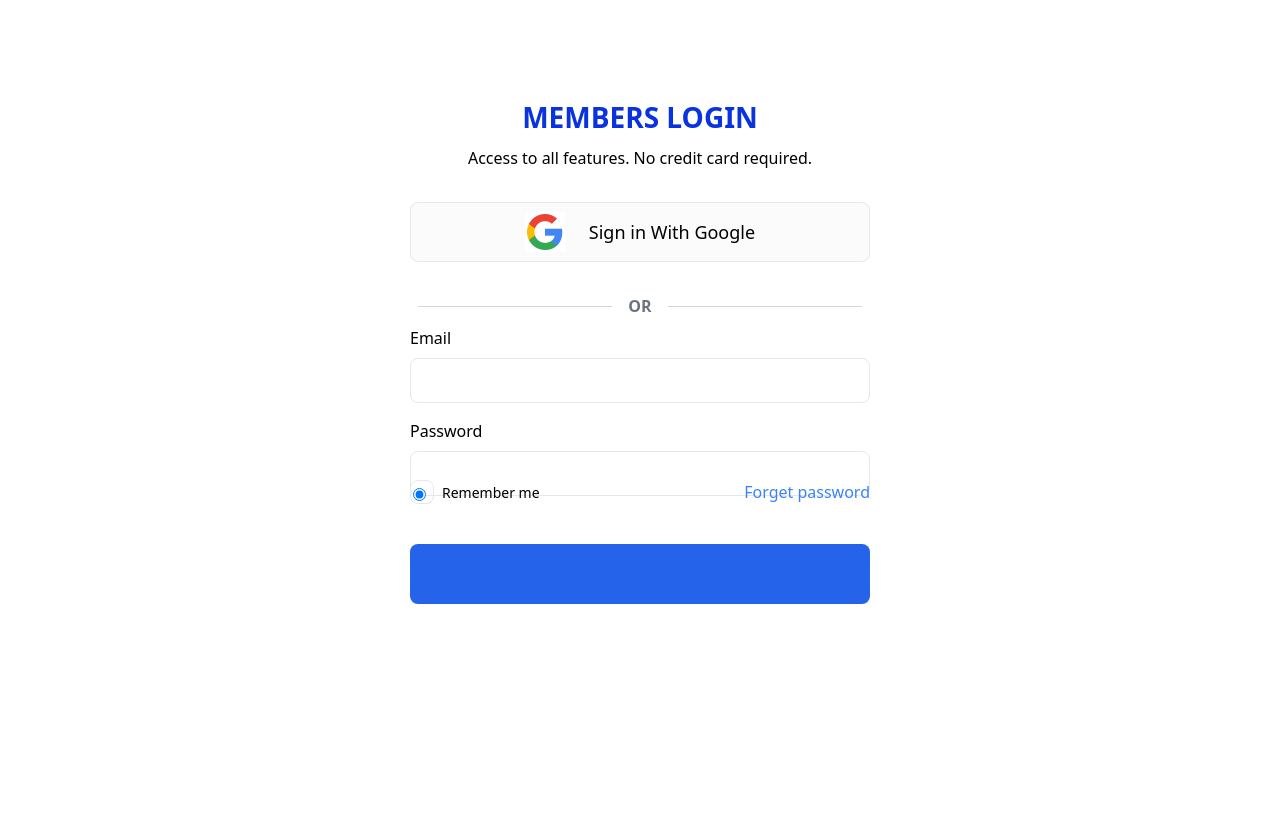
Repository: MaramMaryam/login
Page: login.html
An editor plug-in stored every save of this project. The page is shown before and after the next save, followed by the edit.
The browser window is 1280 px wide. The pictures show the whole page.
Some web libraries are served in a nearby version.

Above is the page before, as saved 2023-06-29 11:56:55.

### login.html
<!DOCTYPE html>
<html lang="en">

<head>
    <meta charset="UTF-8">
    <meta http-equiv="X-UA-Compatible" content="IE=edge">
    <meta name="viewport" content="width=device-width, initial-scale=1.0">
    <!-- <link href="https://cdn.jsdelivr.net/npm/tailwindcss@2.2.15/dist/tailwind.min.css" rel="stylesheet"> -->
    <script src="https://cdn.tailwindcss.com"></script>
    <title>Login</title>
</head>

<body>
    <section class="flex items-center flex-col min-h-screen mt-24 w-full max-w-[460px] text-left m-auto">
        <h2 class="text-[#0933DF] uppercase font-bold text-[28px]">
            <!-- Login Title -->
            MEMBERS LOGIN
        </h2>
        <p class="font-light mt-2">
            <!-- Login Description -->
            Access to all features. No credit card required.
        </p>
        <button
            class="w-full h-[60px] bg-[#FBFBFB] border border[#E3E3E3] rounded-lg flex items-center justify-center my-8">
            <!-- Google Icon (SVG or Image tag) -->
            <svg class="google-icon" xmlns="http://www.w3.org/2000/svg" xmlns:xlink="http://www.w3.org/1999/xlink"
                width="40" height="40" viewBox="0 0 40 40">
                <image id="g-logo" width="40" height="40"
                    xlink:href="data:[embedded picture, 2386 characters]">
                </image>
            </svg>
            <span class="text-lg font-light ml-6">
                <!-- Google Register Label -->
                Sign in With Google
            </span>
        </button>
        <div class="flex items-center w-full">
            <div class="flex-grow border-t border-gray-300 mx-2"></div>
            <span class="text-gray-500 mx-2 font-semibold">
                <!-- OR Text -->
                OR
            </span>
            <div class="flex-grow border-t border-gray-300 mx-2"></div>
        </div>
        <form class="w-full">
            <div class=" my-2">
                <div class="flex flex-col">
                    <label class="mb-2">Email</label>
                    <div class="flex bg-white items-center border border-alto-main rounded-[8px] h-[45px]">
                        <input class="bg-transparent border-none w-full h-full p-2 outline-none" />
                    </div>
                </div>
            </div>
            <div class="h-[45px] my-4">
                <div class="flex flex-col">
                    <label class="mb-2">Password</label>
                    <div class="flex bg-white items-center border border-alto-main rounded-[8px] h-[45px]">
                        <input class="bg-transparent border-none w-full h-full p-2 outline-none" />
                    </div>
                </div>
            </div>
            <div class="flex items-center justify-between my-2">
                <label class="flex items-center cursor-pointer">
                    <div class="flex items-center">
                        <div

                            class="cursor-pointer outline-none w-[24px] h-[24px] border border-alto-main p-[2px] rounded-[8px]"
                        >
                            <div
                                class="w-full h-full rounded-[4px]"
                            >
                                <input className="hidden" type="radio" checked="checked" />
                            </div>
                        </div>
                            <label
                                htmlFor="radio-button"
                                class="ml-2 text-[14px] font-n"
                            >
                            Remember me
                            </label>

                    </div>

                </label>
                <a href="/" class="text-blue-500">
                    Forget password
                </a>
            </div>
            <button class="h-[60px] w-full bg-blue-600 hover:opacity-80 mt-8 text-white uppercase rounded-lg" disabled>
                <!-- Login Label -->
            </button>
            <p class="my-8 font-light text-center">
                <!-- Have Account Text -->
                <a href="/register/create" class="text-blue-600 font-normal">
                    <!-- Create Account Label -->
                </a>
            </p>
        </form>
    </section>
</body>

</html>

After the next save:
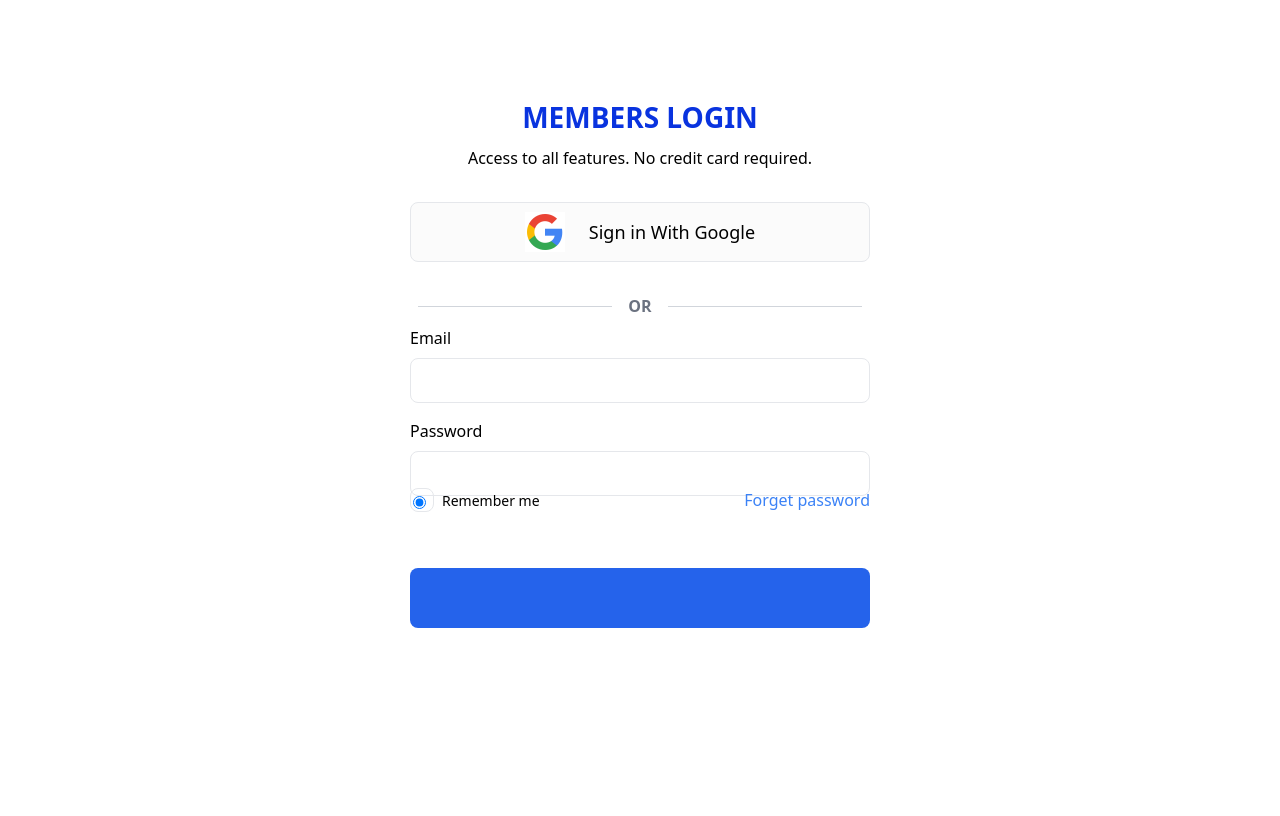
Saved 21 s later.
--- a/login.html
+++ b/login.html
@@ -59,7 +59,7 @@
                     </div>
                 </div>
             </div>
-            <div class="flex items-center justify-between my-2">
+            <div class="flex items-center justify-between my-6">
                 <label class="flex items-center cursor-pointer">
                     <div class="flex items-center">
                         <div
